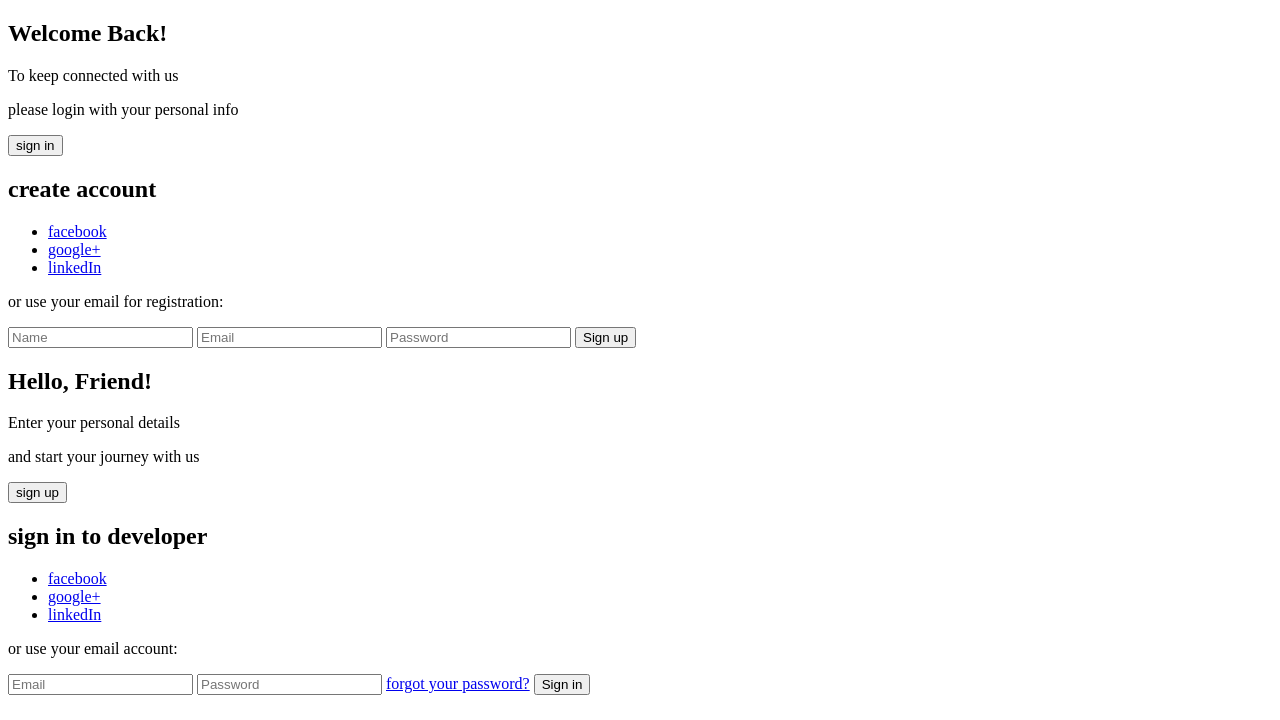
Repository: Gcodeco/ii9Telecom
Page: dist/public/login.html
The author's editor kept a copy of each file at every save. The page is drawn from the files as they stood at one save, then again after the next save.
The browser window is 1280 px wide. The pictures show the whole page.

Above is the page before, as saved 2024-10-29 21:52:03.

After the next save:
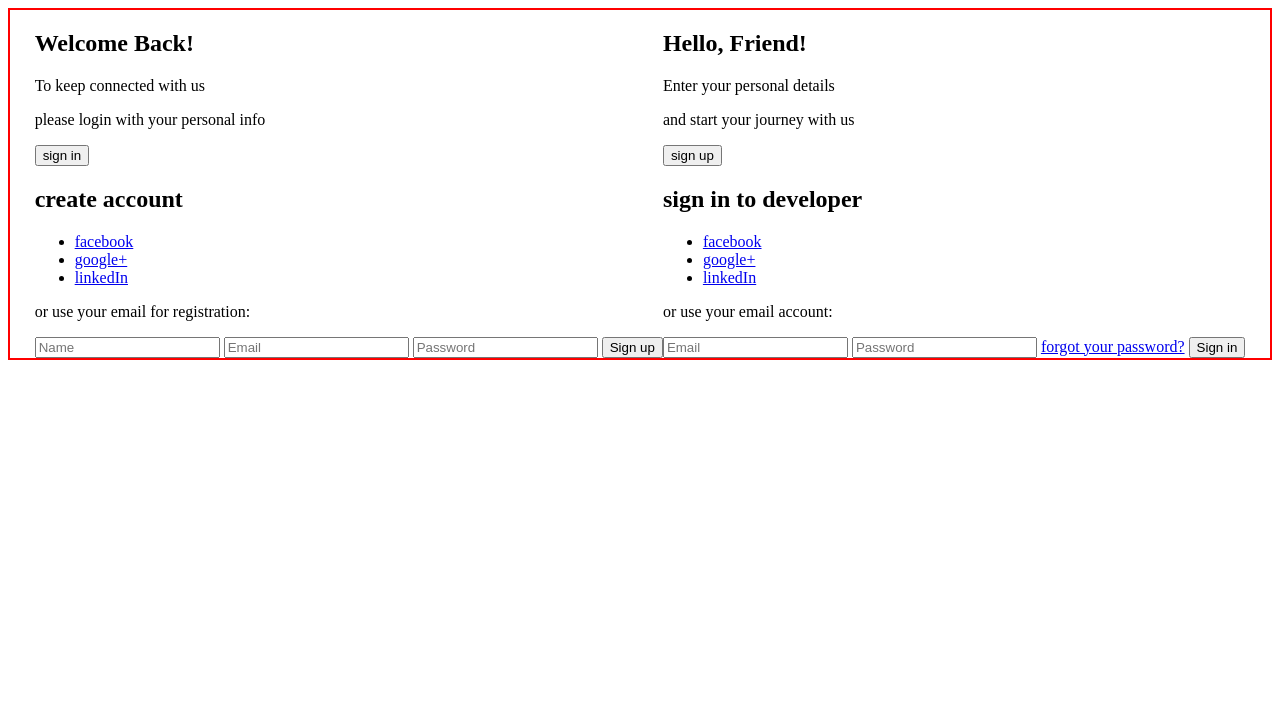
Saved 30 s later.
--- a/dist/public/stylelogin.css
+++ b/dist/public/stylelogin.css
@@ -1,4 +1,4 @@
-.container{
+.container-login{
     display: flex;
     border: 2px solid red;
     justify-content: center;

After the save that followed:
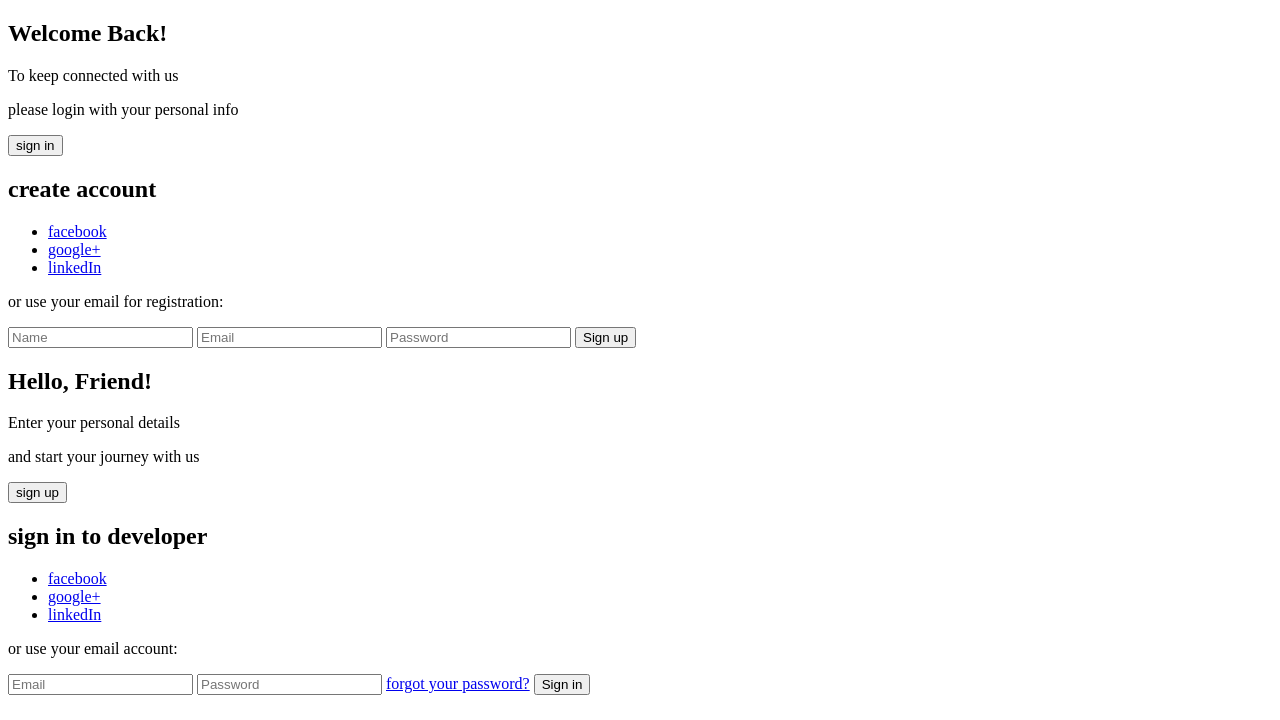
Not found: dist/public/css/stylelogin.css
Saved 20 s later.
--- a/dist/public/login.html
+++ b/dist/public/login.html
@@ -4,7 +4,7 @@
     <meta charset="UTF-8">
     <meta name="viewport" content="width=device-width, initial-scale=1.0">
     <title>Document</title>
-    <link rel="stylesheet" href="stylelogin.css">
+    <link rel="stylesheet" href="css/stylelogin.css">
 </head>
 <body>
     <div class="container-login">
